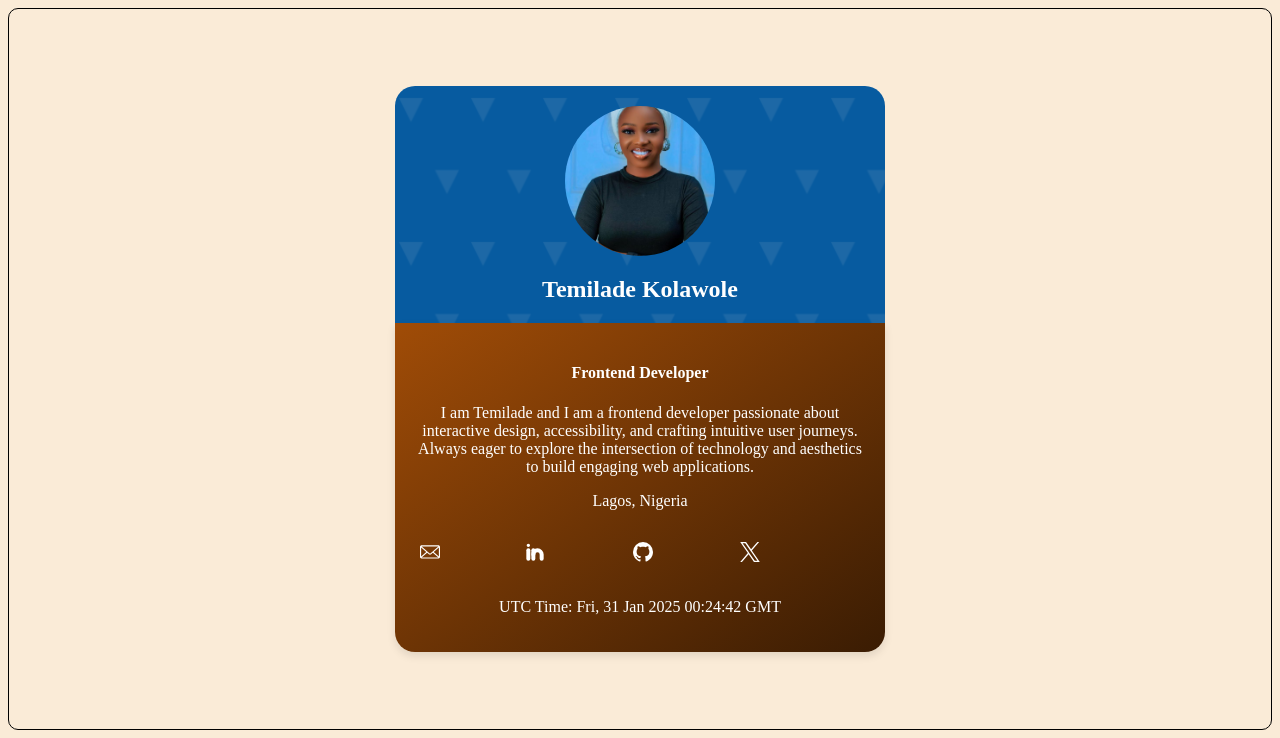
Repository: KolawoleTemilade/ticket-guarantor
Page: profilecard/index..html
The author's editor kept a copy of each file at every save. The page is drawn from the files as they stood at one save, then again after the next save.
The browser window is 1280 px wide. The pictures show the whole page.

Above is the page before, as saved 2025-02-05 01:24:50.

### profilecard/index..html
<!DOCTYPE html>
<html lang="en">
  <head>
    <meta charset="UTF-8" />
    <meta name="viewport" content="width=device-width, initial-scale=1.0" />
    <title>Profile Card</title>
    <link rel="stylesheet" href="style.css" />
  </head>
  <body>
    <section class=" ">
      <div class="background" style="background-image: url('./asset/bgo.svg')">
        <img
          src="./asset/profile.jpg"
          alt="Profile Picture"
          data-testid="profilePicture"
        />
        <h2 class="fullname" data-testid="fullName">Temilade Kolawole</h2>
      </div>
      <div class="card">
        <h4 data-testid="jobTitle">Frontend Developer</h4>
        <p data-testid="shortBio">
          I am Temilade and I am a frontend developer passionate about
          interactive design, accessibility, and crafting intuitive user
          journeys. Always eager to explore the intersection of technology and
          aesthetics to build engaging web applications.
        </p>
        <p data-testid="currentLocation">Lagos, Nigeria</p>

        <div class="social-links" data-testid="socialLinks">
          <p data-testid="emailAddress">
            <a href="mailto:temiladekolawole008@gmail.com" target="_blank">
              <img src="./asset/email.svg" alt="email- image">
            </a>
          </p>

          <a
            href="https://linkedin.com/in/temiladekolawole13"
            target="_blank"
            class="socials"
          >
            <img src="./asset/linkedin.svg" alt=" linkedin image" /></a
          >
          <a href="https://github.com/kolawoleTemilade" target="_blank"
            ><img src="./asset/github.svg" alt="Github-image"></a
          >
          <a
            href="https://twitter.com/temmie415"
            target="_blank"
            class="socials"
          >
            <img src="./asset/twitter.svg" alt=" twitter image"
          /></a>
        </div>
        <p data-testid="currentTimeUTC" id="utcTime"></p>
      </div>
    </section>

    <script>
      // Update UTC time every second
      function updateTime() {
        const utcTime = new Date().toUTCString();
        document.getElementById("utcTime").textContent = `UTC Time: ${utcTime}`;
      }

      // Initial call and set interval
      updateTime();
      setInterval(updateTime, 1000);
    </script>
  </body>
</html>

### profilecard/style.css
body {
  display: flex;
  align-items: center;
  justify-content: center;
  height: 100vh;
  border: 1px solid ;
  border-radius: 10px;
  background-color: antiquewhite;
}

.card {
  background: #fff;
  padding: 20px;
  border-radius: 0 0  20px 20px;
  box-shadow: 0 4px 8px rgba(0, 0, 0, 0.1);
  text-align: center;
  max-width: 450px;
  width: 100%;
  background: linear-gradient(145deg, #A04C07, #3A1C03);
}
.card p, .card h4{
  color: #fff;
}
.card h4 {
  font-size: 16px;
}
.background {
  width: 100%;
  padding: 0;
  display: flex;
  flex-direction: column;
  justify-content: center;
  align-items: center;
  border-radius:20px 20px   0 0 ;
}
.background > img {
  width: 150px;
  height: 150px;
  border-radius: 50%;
  object-fit: cover;
  margin-top: 20px;
}
.fullname {
  color: #fff;
  font-size: 24px;
}

a {
  margin: 0 5px;
  text-decoration: none;
  color: white;
}
.social-links {
  display: flex;
  justify-content: space-between;
  align-items: center;
  max-width: 350px;
  /* justify-content: center; */
}

.socials img {
  width: 20px;
  height: 20px;
}

### profilecard/asset/linkedin.svg
<svg width="10" height="10" viewBox="0 0 20 20" fill="none" xmlns="http://www.w3.org/2000/svg">
<path d="M3.33335 4.99999C4.25383 4.99999 5.00002 4.2538 5.00002 3.33332C5.00002 2.41285 4.25383 1.66666 3.33335 1.66666C2.41288 1.66666 1.66669 2.41285 1.66669 3.33332C1.66669 4.2538 2.41288 4.99999 3.33335 4.99999Z" fill="white"/>
<path d="M3.33331 8.33334V16.6667" stroke="white" stroke-width="4" stroke-linecap="round" stroke-linejoin="round"/>
<path d="M8.33331 8.33334V16.6667" stroke="white" stroke-width="4" stroke-linecap="round" stroke-linejoin="round"/>
<path d="M8.33331 12.5C8.33331 10.2 10.2 8.33334 12.5 8.33334C14.8 8.33334 16.6666 10.2 16.6666 12.5V16.6667" stroke="white" stroke-width="4" stroke-linecap="round" stroke-linejoin="round"/>
</svg>

### profilecard/asset/github.svg
<svg xmlns="http://www.w3.org/2000/svg" width="24" height="24" viewBox="0 0 24 24"><path fill="#ffffff" d="M12 2A10 10 0 0 0 2 12c0 4.42 2.87 8.17 6.84 9.5c.5.08.66-.23.66-.5v-1.69c-2.77.6-3.36-1.34-3.36-1.34c-.46-1.16-1.11-1.47-1.11-1.47c-.91-.62.07-.6.07-.6c1 .07 1.53 1.03 1.53 1.03c.87 1.52 2.34 1.07 2.91.83c.09-.65.35-1.09.63-1.34c-2.22-.25-4.55-1.11-4.55-4.92c0-1.11.38-2 1.03-2.71c-.1-.25-.45-1.29.1-2.64c0 0 .84-.27 2.75 1.02c.79-.22 1.65-.33 2.5-.33s1.71.11 2.5.33c1.91-1.29 2.75-1.02 2.75-1.02c.55 1.35.2 2.39.1 2.64c.65.71 1.03 1.6 1.03 2.71c0 3.82-2.34 4.66-4.57 4.91c.36.31.69.92.69 1.85V21c0 .27.16.59.67.5C19.14 20.16 22 16.42 22 12A10 10 0 0 0 12 2"/></svg>

### profilecard/asset/twitter.svg
<svg width="10" height="10" viewBox="0 0 20 20" fill="none" xmlns="http://www.w3.org/2000/svg">
<path d="M11.8619 8.46875L19.1472 0H17.4207L11.095 7.35313L6.04253 0H0.215027L7.85534 11.1194L0.215027 20H1.94159L8.6219 12.2348L13.9575 20H19.785L11.8614 8.46875H11.8619ZM9.49722 11.2172L8.723 10.11L2.56362 1.29969H5.2155L10.186 8.41L10.96 9.51719L17.4214 18.7594H14.7699L9.49722 11.2177V11.2172Z" fill="white"/>
</svg>

After the next save:
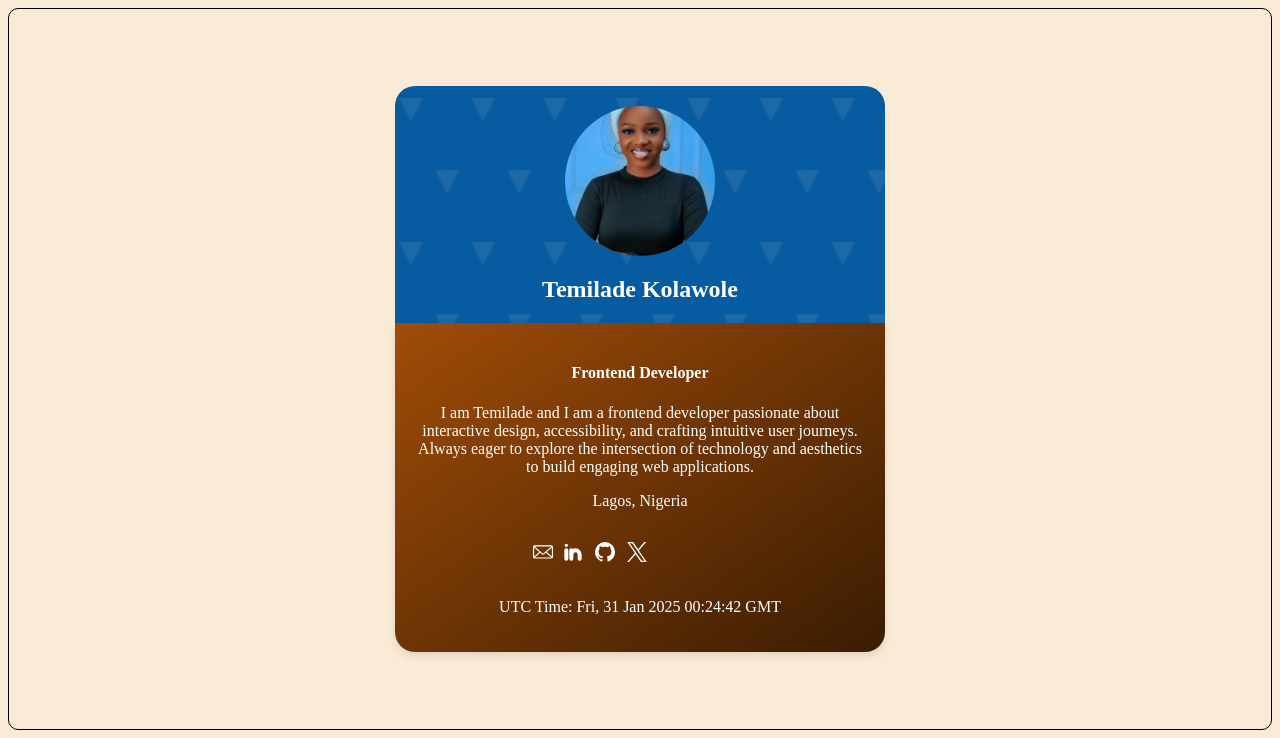
Saved 8 s later.
--- a/profilecard/style.css
+++ b/profilecard/style.css
@@ -55,7 +55,7 @@
   justify-content: space-between;
   align-items: center;
   max-width: 350px;
-  /* justify-content: center; */
+  justify-content: center;
 }
 
 .socials img {

After the save that followed:
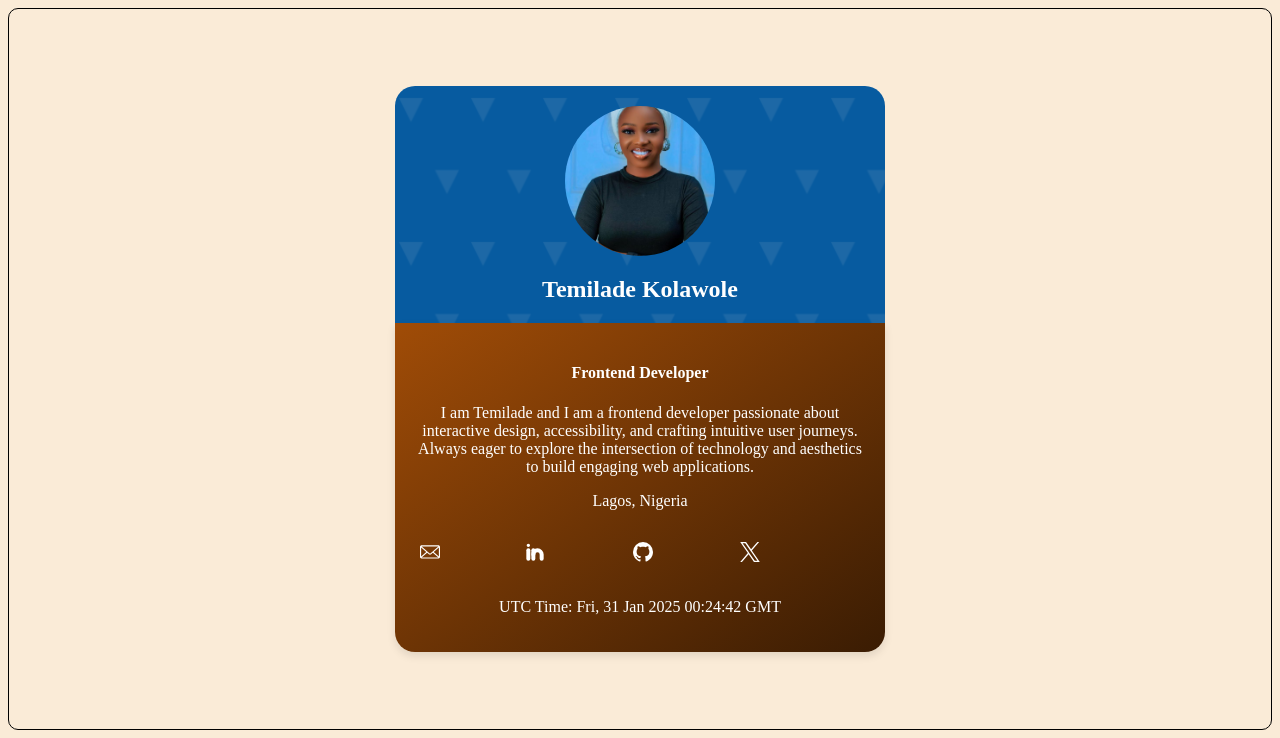
Saved 7 s later.
--- a/profilecard/style.css
+++ b/profilecard/style.css
@@ -55,7 +55,7 @@
   justify-content: space-between;
   align-items: center;
   max-width: 350px;
-  justify-content: center;
+  /* justify-content: center; */
 }
 
 .socials img {
